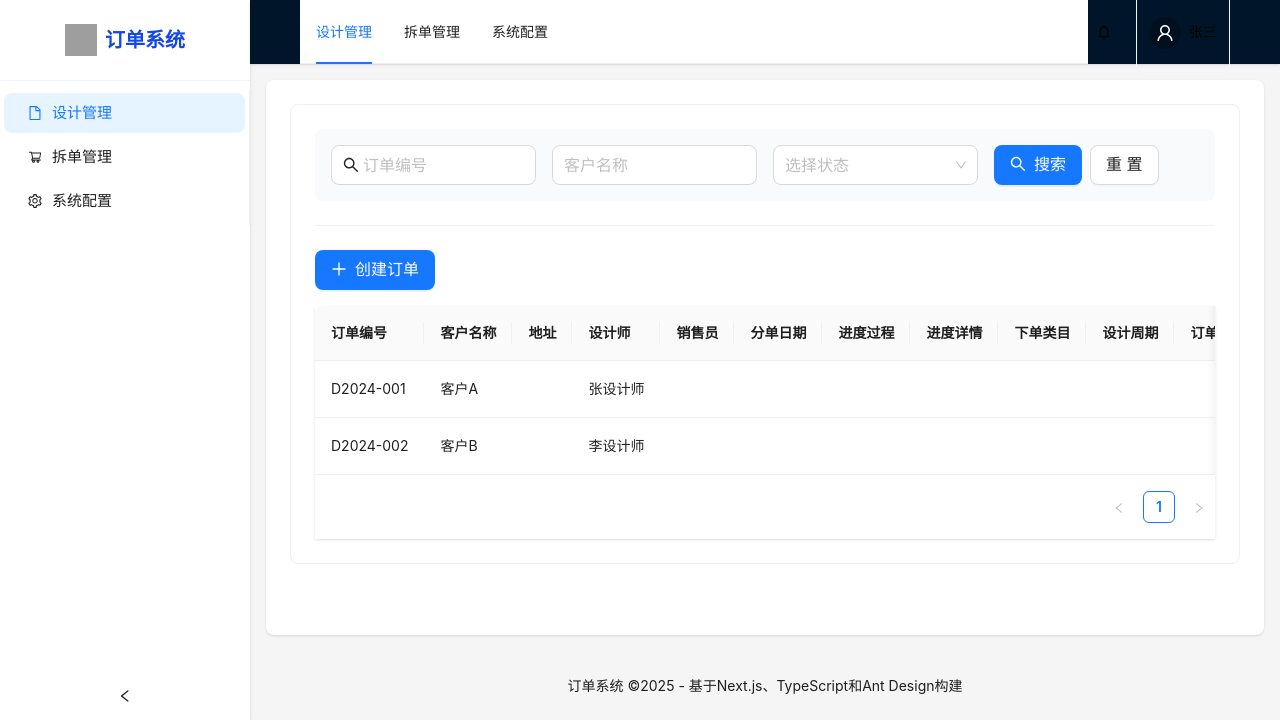
Repository: Garyxiwang/order_system
Page: /design (app in front/)
The author's editor kept a copy of each file at every save. The page is drawn from the files as they stood at one save, then again after the next save.
The browser window is 1280 px wide. The pictures show the whole page.
Pictures or frames that could not be fetched are drawn as grey boxes. The project was rebuilt for these pictures with package versions that can differ from the ones it lists, and the page was loaded fresh each time. The framework's server and built-in components were replaced by stand-ins that run in the browser. Also part of the build but not shown: front/next.config.js, front/next.config.ts.

Above is the page before, as saved 2025-08-04 14:34:26.

### front/src/app/layout.tsx
import type { Metadata } from "next";
import { Geist, Geist_Mono } from "next/font/google";
import "./globals.css";

const geistSans = Geist({
  variable: "--font-geist-sans",
  subsets: ["latin"],
});

const geistMono = Geist_Mono({
  variable: "--font-geist-mono",
  subsets: ["latin"],
});

export const metadata: Metadata = {
  title: "订单系统",
  description: "基于Next.js、TypeScript和Ant Design构建的订单系统",
};

import AppLayout from '@/components/layout/AppLayout';

export default function RootLayout({
  children,
}: Readonly<{
  children: React.ReactNode;
}>) {
  return (
    <html lang="zh-CN">
      <body
        className={`${geistSans.variable} ${geistMono.variable} antialiased`}
      >
        <AppLayout>
          {children}
        </AppLayout>
      </body>
    </html>
  );
}

### front/src/app/design/page.tsx
"use client";

import React, { useState } from "react";
import {
  Typography,
  Card,
  Table,
  Button,
  Space,
  Input,
  Select,
  Row,
  Col,
  Divider,
} from "antd";
import { SearchOutlined, PlusOutlined } from "@ant-design/icons";

const { Title } = Typography;
const { Option } = Select;

const DesignPage: React.FC = () => {
  const [activeTab, setActiveTab] = useState("1");
  const [selectedDesign, setSelectedDesign] = useState<string | null>(null);

  // 模拟设计页数据
  const designData = [
    {
      key: "1",
      designNumber: "D2024-001",
      customerName: "客户A",
      productName: "产品X",
      designer: "张设计师",
      status: "进行中",
      createTime: "2024-06-20",
      previewImage: "/file.svg", // 使用已有的图片
    },
    {
      key: "2",
      designNumber: "D2024-002",
      customerName: "客户B",
      productName: "产品Y",
      designer: "李设计师",
      status: "已完成",
      createTime: "2024-06-18",
      previewImage: "/globe.svg", // 使用已有的图片
    },
  ];

  const columns = [
    {
      title: "订单编号",
      dataIndex: "designNumber",
      key: "designNumber",
    },
    {
      title: "客户名称",
      dataIndex: "customerName",
      key: "customerName",
    },
    {
      title: "地址",
      dataIndex: "address",
      key: "customerName",
    },
    {
      title: "设计师",
      dataIndex: "designer",
      key: "designer",
    },
    {
      title: "销售员",
      dataIndex: "salesperson",
      key: "salesperson",
    },
    {
      title: "分单日期",
      dataIndex: "splitTime",
      key: "splitTime",
    },
    {
      title: "进度过程",
      dataIndex: "progress",
      key: "progress",
    },
    {
      title: "进度详情",
      dataIndex: "progressDetail",
      key: "progressDetail",
    },
    {
      title: "下单类目",
      dataIndex: "category",
      key: "category",
    },
    {
      title: "设计周期",
      dataIndex: "cycle",
      key: "cycle",
    },
    {
      title: "订单状态",
      dataIndex: "state",
      key: "state",
    },
    {
      title: "订单类型",
      dataIndex: "orderType",
      key: "orderType",
    },
    {
      title: "备注",
      dataIndex: "remark",
      key: "remark",
    },
    {
      title: "操作",
      key: "action",
      render: (_: unknown, record: Record<string, string | number>) => (
        <Space size="middle">
          <Button type="link" size="small">
            编辑
          </Button>
          <Button type="link" size="small">
            更新进度
          </Button>
          <Button type="link" size="small">
            下单
          </Button>
        </Space>
      ),
    },
  ];

  return (
    <div>
      <Row gutter={[16, 16]}>
        <Col span={24}>
          <Card variant="outlined" className="shadow-none">
            <div>
              {/* 搜索和过滤区域 */}
              <div className="mb-6 bg-gray-50 p-4 rounded-lg">
                <Row gutter={16} align="middle">
                  <Col span={6}>
                    <Input
                      placeholder="订单编号"
                      prefix={<SearchOutlined className="text-gray-400" />}
                      className="rounded-md border-gray-200"
                      size="large"
                    />
                  </Col>
                  <Col span={6}>
                    <Input
                      placeholder="客户名称"
                      className="rounded-md border-gray-200"
                      size="large"
                    />
                  </Col>
                  <Col span={6}>
                    <Select
                      placeholder="选择状态"
                      style={{ width: "100%" }}
                      className="rounded-md"
                      size="large"
                    >
                      <Option value="all">全部状态</Option>
                      <Option value="inProgress">进行中</Option>
                      <Option value="completed">已完成</Option>
                    </Select>
                  </Col>
                  <Col span={6}>
                    <Space>
                      <Button
                        type="primary"
                        icon={<SearchOutlined />}
                        size="large"
                        className="bg-blue-600 hover:bg-blue-700"
                      >
                        搜索
                      </Button>
                      <Button size="large">重置</Button>
                    </Space>
                  </Col>
                </Row>
              </div>
              <Divider className="my-4" />
              <div className="flex justify-between items-center mb-4">
                <Button
                  type="primary"
                  icon={<PlusOutlined />}
                  size="large"
                  className="bg-blue-600 hover:bg-blue-700"
                >
                  创建订单
                </Button>
              </div>

              {/* 表格区域 */}
              <Table
                columns={columns}
                dataSource={designData}
                bordered={false}
                pagination={{ pageSize: 10 }}
                className="shadow-sm"
                rowClassName="hover:bg-blue-50"
                scroll={{ x: "max-content" }}
              />
            </div>
          </Card>
        </Col>
      </Row>
    </div>
  );
};

export default DesignPage;

### front/src/app/globals.css
@import "tailwindcss";
/* Ant Design 5.x不再需要全局导入CSS文件 */

:root {
  --background: #ffffff;
  --foreground: #171717;
}

@theme inline {
  --color-background: var(--background);
  --color-foreground: var(--foreground);
  --font-sans: var(--font-geist-sans);
  --font-mono: var(--font-geist-mono);
}

@media (prefers-color-scheme: dark) {
  :root {
    --background: #0a0a0a;
    --foreground: #ededed;
  }
}

body {
  background: var(--background);
  color: var(--foreground);
  font-family: Arial, Helvetica, sans-serif;
}

### front/src/components/layout/AppLayout.tsx
"use client";

import React, { useState } from "react";
import { Layout, Menu, Avatar, Dropdown, Button, Space } from "antd";
import type { MenuProps } from "antd";
import {
  UserOutlined,
  LogoutOutlined,
  BellOutlined,
  SettingOutlined,
} from "@ant-design/icons";
import SideMenu from "@/components/layout/SideMenu";
import AntdRegistry from "../AntdRegistry";
import { usePathname, useRouter } from "next/navigation";
import Link from "next/link";

const { Content, Footer, Sider, Header } = Layout;

interface AppLayoutProps {
  children: React.ReactNode;
}

const AppLayout: React.FC<AppLayoutProps> = ({ children }) => {
  const pathname = usePathname();
  const router = useRouter();
  const isLoginPage = pathname === "/login";

  // 模拟当前用户信息
  const [currentUser] = useState({
    name: "张三",
    avatar: "",
    role: "管理员",
  });

  // 处理退出登录
  const handleLogout = () => {
    // 实际项目中应该调用登出API，清除token等
    console.log("用户登出");
    router.push("/login");
  };

  // 用户下拉菜单项
  const userMenuItems: MenuProps["items"] = [
    {
      key: "profile",
      icon: <UserOutlined />,
      label: "个人信息",
    },
    {
      key: "settings",
      icon: <SettingOutlined />,
      label: "账户设置",
    },
    {
      type: "divider",
    },
    {
      key: "logout",
      icon: <LogoutOutlined />,
      label: "退出登录",
      onClick: handleLogout,
    },
  ];

  return (
    <AntdRegistry>
      {isLoginPage ? (
        <>{children}</>
      ) : (
        <Layout className="min-h-screen">
          <Layout>
            <Sider
              width={250}
              theme="light"
              className="min-h-screen shadow-md z-10 bg-gradient-to-b from-blue-50 to-white"
              breakpoint="lg"
              collapsible
            >
              <div className="flex items-center justify-center py-6 px-4 border-b border-gray-100">
                <div className="text-xl font-bold text-blue-700 flex items-center">
                  <img src="/globe.svg" alt="Logo" className="w-8 h-8 mr-2" />
                  <span>订单系统</span>
                </div>
              </div>
              <div className="py-2">
                <SideMenu />
              </div>
            </Sider>
            <Layout >
              <Header className="bg-white px-6 flex justify-between items-center shadow-sm h-16 sticky top-0 z-10">
                <div className="flex-1">
                  <Menu
                    mode="horizontal"
                    selectedKeys={[pathname.split("/")[1] || ""]}
                    className="border-b-0 font-medium"
                    items={[
                      {
                        key: "design",
                        label: (
                          <Link
                            href="/design"
                            className="text-gray-700 hover:text-blue-600"
                          >
                            设计管理
                          </Link>
                        ),
                      },
                      {
                        key: "split",
                        label: (
                          <Link
                            href="/split"
                            className="text-gray-700 hover:text-blue-600"
                          >
                            拆单管理
                          </Link>
                        ),
                      },
                      {
                        key: "config",
                        label: (
                          <Link
                            href="/config"
                            className="text-gray-700 hover:text-blue-600"
                          >
                            系统配置
                          </Link>
                        ),
                      },
                    ]}
                  />
                </div>
                <div className="flex items-center">
                  <Button
                    type="text"
                    icon={<BellOutlined className="text-lg" />}
                    className="mr-4 hover:bg-gray-100 h-10 w-10 flex items-center justify-center rounded-full"
                  />
                  <Dropdown
                    menu={{ items: userMenuItems }}
                    placement="bottomRight"
                    arrow
                  >
                    <Space className="cursor-pointer px-3 py-2 rounded-md hover:bg-gray-100 border border-gray-100">
                      <Avatar icon={<UserOutlined />} className="bg-blue-500" />
                      <span className="font-medium">{currentUser.name}</span>
                    </Space>
                  </Dropdown>
                </div>
              </Header>
              <Content className="p-6 m-4 bg-white rounded-lg shadow-sm">
                {children}
              </Content>
              <Footer className="text-center text-gray-500 bg-transparent">
                订单系统 ©{new Date().getFullYear()} -
                基于Next.js、TypeScript和Ant Design构建
              </Footer>
            </Layout>
          </Layout>
        </Layout>
      )}
    </AntdRegistry>
  );
};

export default AppLayout;

### front/src/components/layout/SideMenu.tsx
'use client';

import React from 'react';
import { Menu } from 'antd';
import { FileOutlined, ShoppingCartOutlined, SettingOutlined, DashboardOutlined } from '@ant-design/icons';
import Link from 'next/link';
import { usePathname } from 'next/navigation';

const SideMenu: React.FC = () => {
  const pathname = usePathname();

  // 根据当前路径确定选中的菜单项
  const getSelectedKey = () => {
    if (pathname.startsWith('/design')) return ['design'];
    if (pathname.startsWith('/split')) return ['split'];
    if (pathname.startsWith('/config')) return ['config'];
    return [];
  };

  const menuItems = [
    {
      key: 'design',
      icon: <FileOutlined className="text-blue-600" />,
      label: <Link href="/design" className="text-gray-700 hover:text-blue-600 font-medium">设计管理</Link>,
    },
    {
      key: 'split',
      icon: <ShoppingCartOutlined className="text-blue-600" />,
      label: <Link href="/split" className="text-gray-700 hover:text-blue-600 font-medium">拆单管理</Link>,
    },
    {
      key: 'config',
      icon: <SettingOutlined className="text-blue-600" />,
      label: <Link href="/config" className="text-gray-700 hover:text-blue-600 font-medium">系统配置</Link>,
    },
  ];

  return (
    <Menu
      mode="inline"
      selectedKeys={getSelectedKey()}
      items={menuItems}
      className="border-r-0 bg-transparent"
      style={{ fontSize: '15px' }}
    />
  );
};

export default SideMenu;

### front/src/components/AntdRegistry.tsx
'use client';

import React from 'react';
import { createCache, extractStyle, StyleProvider } from '@ant-design/cssinjs';
import type Entity from '@ant-design/cssinjs/es/Cache';
import { useServerInsertedHTML } from 'next/navigation';

interface AntdRegistryProps {
  children: React.ReactNode;
}

const AntdRegistry = ({ children }: AntdRegistryProps) => {
  const cache = React.useMemo<Entity>(() => createCache(), []);

  useServerInsertedHTML(() => {
    return (
      <style
        id="antd"
        dangerouslySetInnerHTML={{ __html: extractStyle(cache, true) }}
      />
    );
  });

  return <StyleProvider cache={cache}>{children}</StyleProvider>;
};

export default AntdRegistry;

After the next save:
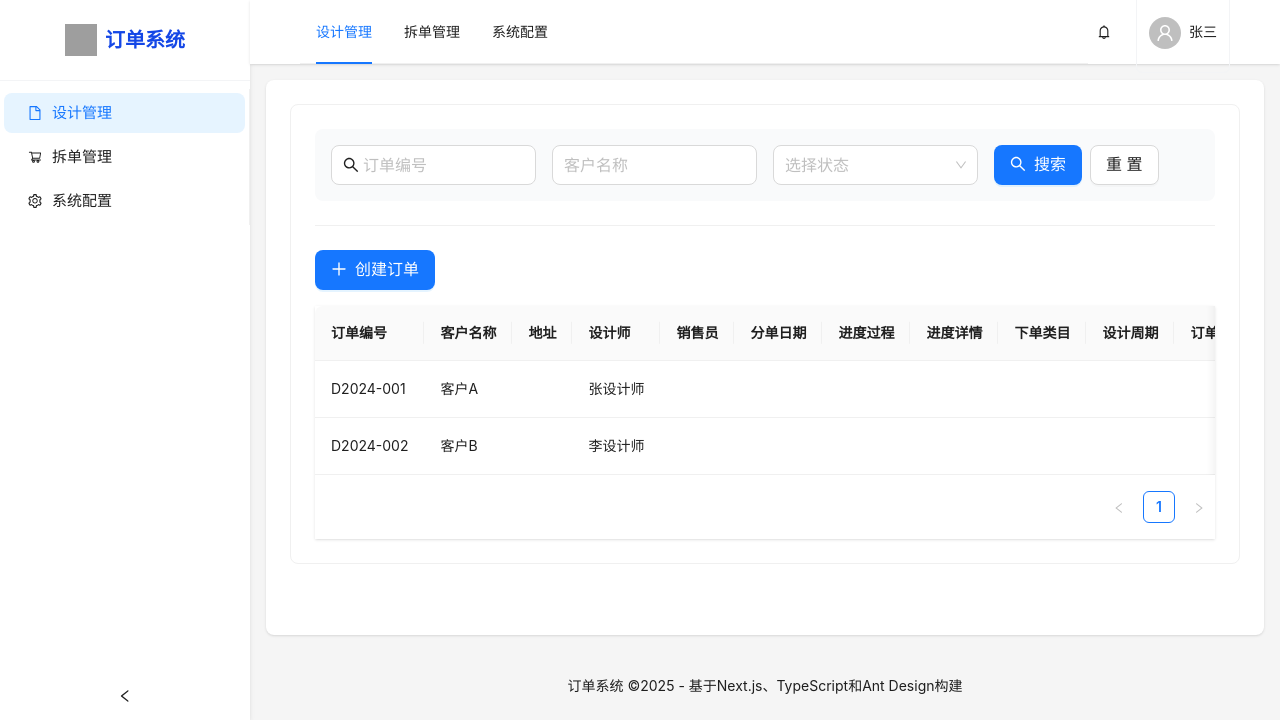
Saved 56 s later.
--- a/front/src/components/layout/AppLayout.tsx
+++ b/front/src/components/layout/AppLayout.tsx
@@ -87,7 +87,7 @@ const AppLayout: React.FC<AppLayoutProps> = ({ children }) => {
               </div>
             </Sider>
             <Layout >
-              <Header className="bg-white px-6 flex justify-between items-center shadow-sm h-16 sticky top-0 z-10">
+              <Header style={{backgroundColor: 'white'}} className="px-6 flex justify-between items-center shadow-sm h-16 sticky top-0 z-10">
                 <div className="flex-1">
                   <Menu
                     mode="horizontal"
